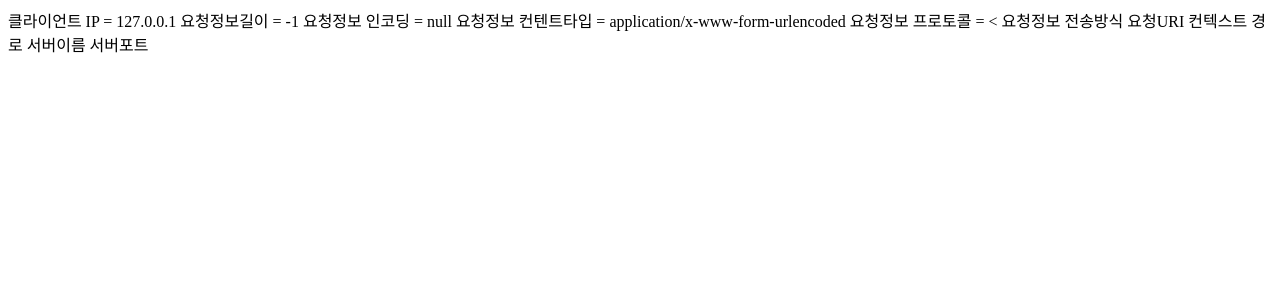
Repository: jjanggu1990/kh_java
Page: http://localhost/JSP_EX/day0318/requestinfo.jsp
An editor plug-in stored every save of this project. The page is shown before and after the next save, followed by the edit.
The browser window is 1280 px wide. The pictures show the whole page.
The page is served by Tomcat 9. Other server files are loaded and not shown.

Above is the page before, as saved 2016-03-18 09:09:38.

### workspace/JSP_EX/WebContent/day0318/requestinfo.jsp
<%@ page contentType="text/html; charset=EUC-KR"%>
<!DOCTYPE html>
<html>
<head>

<title>클라이언트 및 서버 정도</title>
</head>
<body>
클라이언트 IP = <%= request.getRemoteAddr() %>
요청정보길이 = <%= request.getContentLength() %>
요청정보 인코딩 = <%= request.getCharacterEncoding() %>
요청정보 컨텐트타입 = <%= request.getContentType() %>
요청정보 프로토콜 = <
요청정보 전송방식
요청URI
컨텍스트 경로
서버이름
서버포트
</body>
</html>

After the next save:
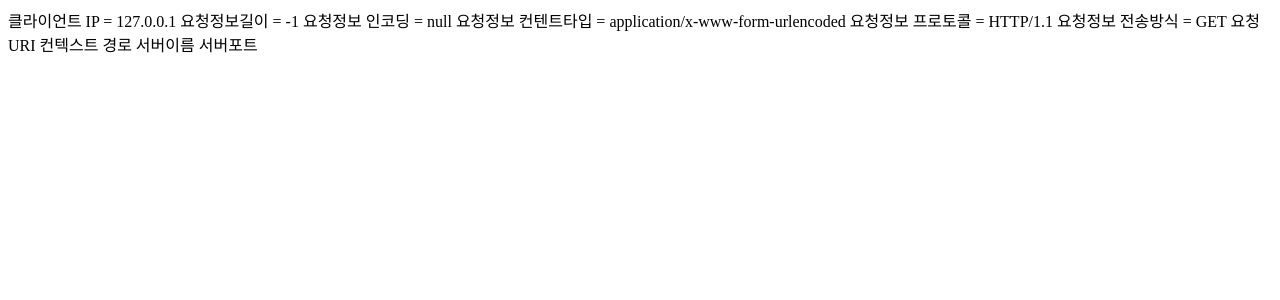
Saved 18 s later.
--- a/workspace/JSP_EX/WebContent/day0318/requestinfo.jsp
+++ b/workspace/JSP_EX/WebContent/day0318/requestinfo.jsp
@@ -10,8 +10,8 @@
 요청정보길이 = <%= request.getContentLength() %>
 요청정보 인코딩 = <%= request.getCharacterEncoding() %>
 요청정보 컨텐트타입 = <%= request.getContentType() %>
-요청정보 프로토콜 = <
-요청정보 전송방식
+요청정보 프로토콜 = <%= request.getProtocol() %>
+요청정보 전송방식 = <%= request.getMethod() %>
 요청URI
 컨텍스트 경로
 서버이름
